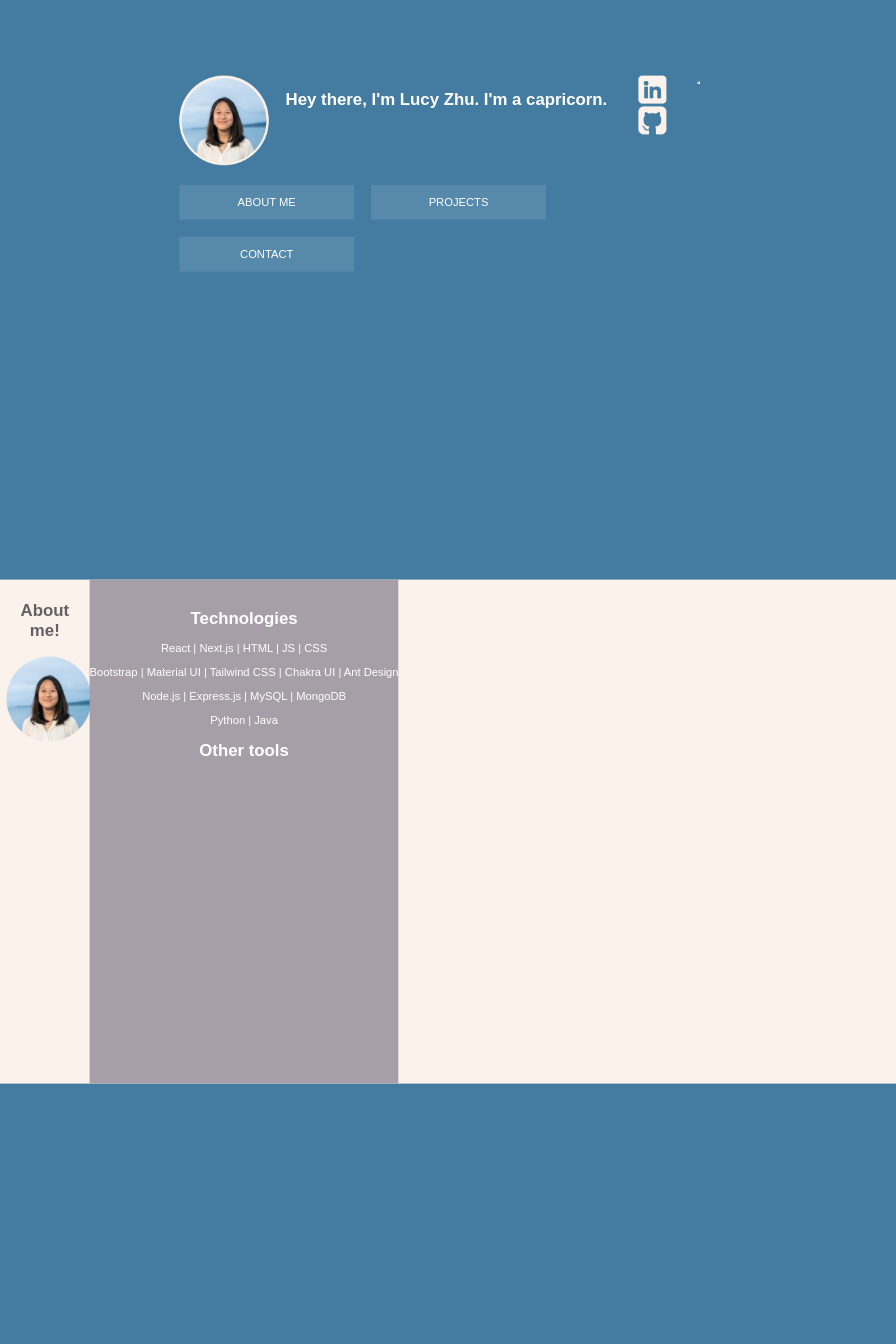
Repository: lukisoo/lukisoo-portfolio
Page: /
The author's editor kept a copy of each file at every save. The page is drawn from the files as they stood at one save, then again after the next save.
The browser window is 1280 px wide. The pictures show the part of the page from y = 0 to 1920 px (the page is 2988 px tall), at 70% of full size.
The project was rebuilt for these pictures with package versions that can differ from the ones it lists, and the page was loaded fresh each time.

Above is the page before, as saved 2022-07-31 06:58:53.

After the next save:
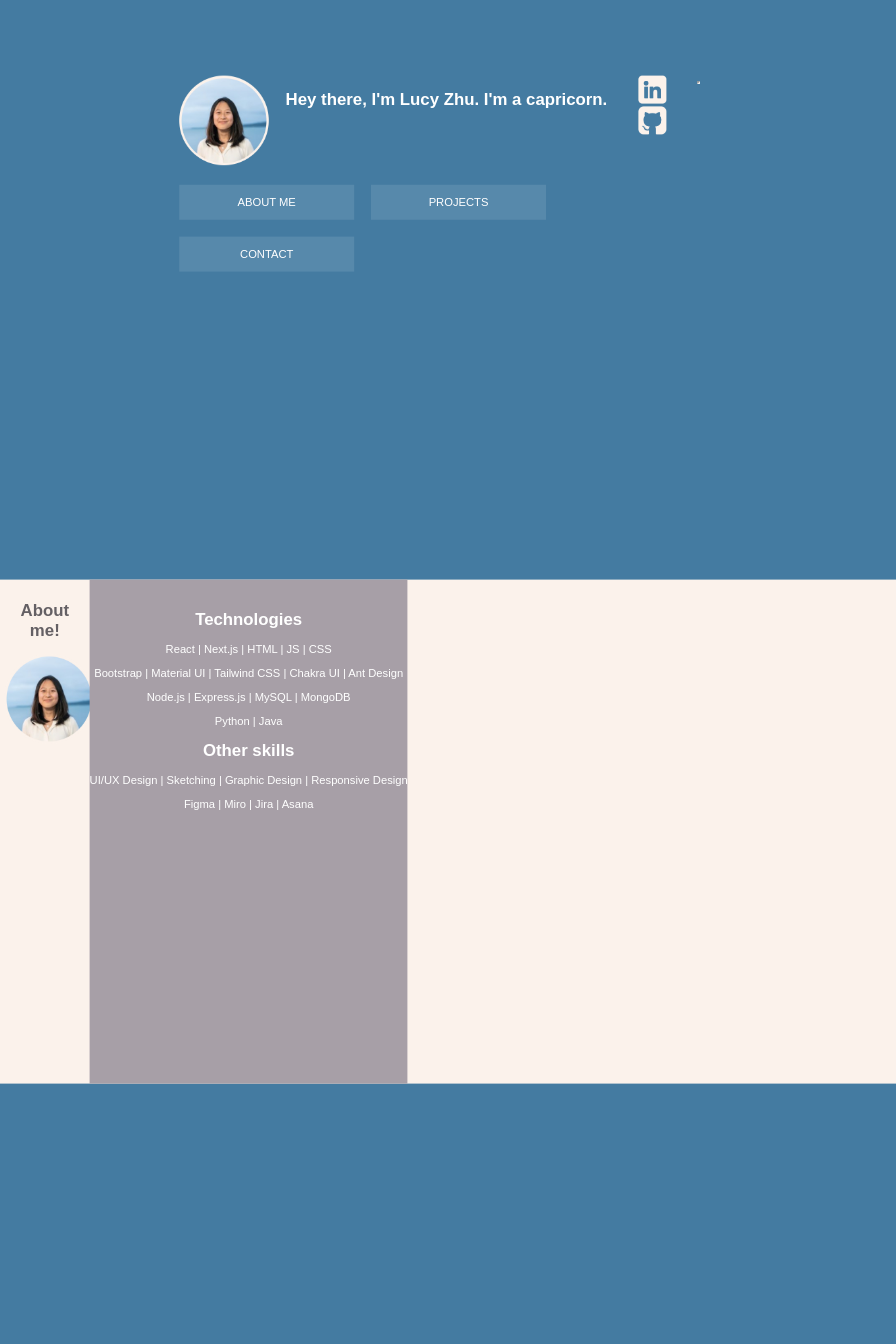
Saved 2 min 21 s later.
--- a/src/App.js
+++ b/src/App.js
@@ -100,7 +100,9 @@ function App() {
                   </p>
                   <p>Node.js | Express.js | MySQL | MongoDB</p>
                   <p>Python | Java</p>
-                  <h2>Other tools</h2>
+                  <h2>Other skills</h2>
+                  <p>UI/UX Design | Sketching | Graphic Design | Responsive Design</p>
+                  <p>Figma | Miro | Jira | Asana</p>
                 </div>
 
                 {/* <Grid container spacing={2}>
